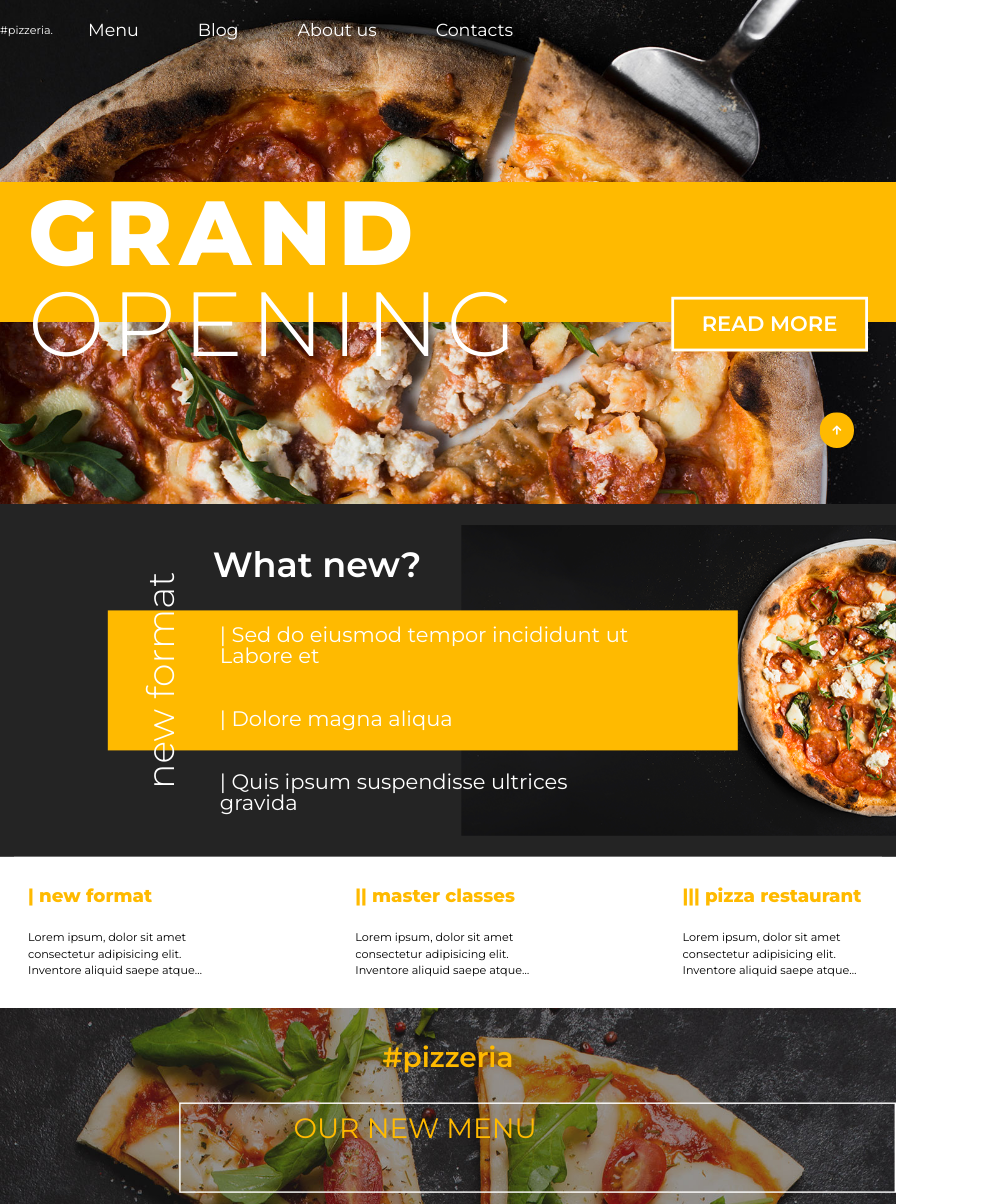
Repository: phu1204/pizzeria.github.io
Page: index.html
An editor plug-in stored every save of this project. The page is shown before and after a run of saves, followed by the edit.
The browser window is 1280 px wide. The page is 1419 px wide, so the pictures cover 1419 px, including what lies to the right of the window. The pictures show the part of the page from y = 0 to 1720 px (the page is 4798 px tall), at 70% of full size.
The style sheet was rebuilt from its Sass, Less or Tailwind sources for each picture, by a compiler version that may differ from the author's.

Above is the page before, as saved 2021-07-27 01:55:50.

After the next 2 saves:
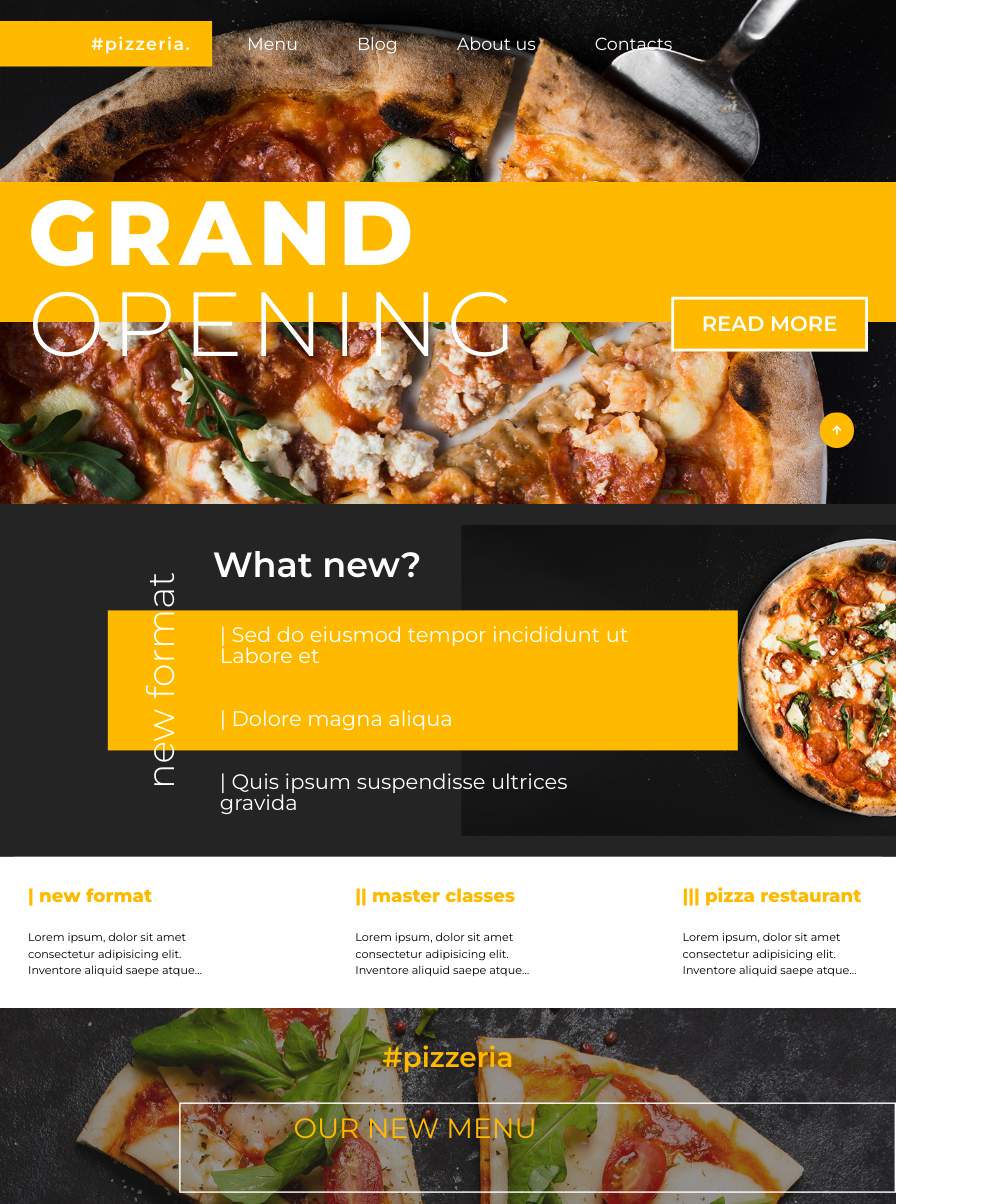
The 2 saves are shown as one change because they came seconds apart.
The last was saved 22 s later.
--- a/scss/_header.scss
+++ b/scss/_header.scss
@@ -13,7 +13,9 @@
         padding: 5px 20px;
         background-color: #ffba00;
     }
-    &.sticky
+    &.sticky a{
+        font-weight: 600;
+    }
     &-logo{
         padding: 20px 30px 20px 130px;
         background-color: #ffba00;
